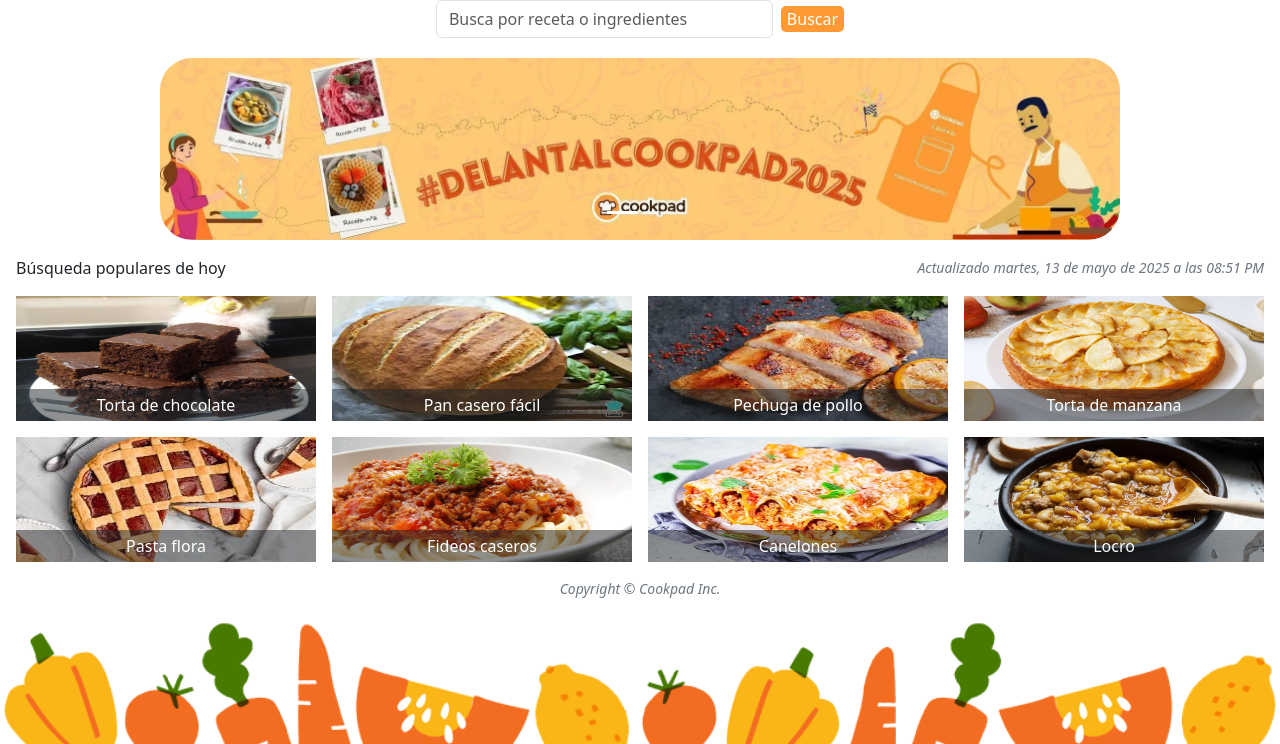
Repository: lucasp3113/coockpad
Page: index.html
The author's editor kept a copy of each file at every save. The page is drawn from the files as they stood at one save, then again after the next save.
The browser window is 1280 px wide. The pictures show the part of the page from y = 336 to 1102 px (the page is 1080 px tall before and 1102 px after).
A picture or video elsewhere on the page could not be fetched, so the positions and the page height are approximate.

Above is the page before, as saved 2025-05-15 14:11:23.

### index.html
<!DOCTYPE html>
<html lang="es">
<head>
    <meta charset="UTF-8" />
    <meta name="viewport" content="width=device-width, initial-scale=1.0" />
    <title>cookpad</title>
    <link href="https://cdn.jsdelivr.net/npm/bootstrap@5.3.6/dist/css/bootstrap.min.css" rel="stylesheet" integrity="sha384-4Q6Gf2aSP4eDXB8Miphtr37CMZZQ5oXLH2yaXMJ2w8e2ZtHTl7GptT4jmndRuHDT" crossorigin="anonymous">
    <script src="https://cdn.jsdelivr.net/npm/bootstrap@5.3.6/dist/js/bootstrap.bundle.min.js" integrity="sha384-j1CDi7MgGQ12Z7Qab0qlWQ/Qqz24Gc6BM0thvEMVjHnfYGF0rmFCozFSxQBxwHKO" crossorigin="anonymous"></script>
    <link rel="stylesheet" href="https://cdn.jsdelivr.net/npm/bootstrap-icons@1.11.1/font/bootstrap-icons.css">
    <link rel="stylesheet" href="style.css"/>
</head>
<body>
    <header class="d-flex flex-row d-flex justify-content-center d-flex align-items-center m-3">
        <img src="logo_coockpad.png" alt="" />
        <h1>cookpad</h1>
    </header>
    <nav class="d-flex flex-row d-flex justify-content-center d-flex align-items-center m-3">
        <input type="text" class="form-control m-1 w-27" placeholder="Busca por receta o ingredientes"/>
        <button type="submit" class="btn-orange m-1 text-white">Buscar</button>
    </nav>
    <main>
        <section class="w-75 mx-auto">
            <div id="carouselExampleIndicators" class="carousel slide">
                <div class="carousel-indicators">
                    <button type="button" data-bs-target="#carouselExampleIndicators" data-bs-slide-to="0" class="active" aria-current="true" aria-label="Slide 1"></button>
                    <button type="button" data-bs-target="#carouselExampleIndicators" data-bs-slide-to="1" aria-label="Slide 2"></button>
                </div>
                <div class="carousel-inner">
                    <div class="carousel-item active">
                        <img class="d-block w-100 rounded-5" src="banner1.webp" alt="First slide">
                    </div>
                    <div class="carousel-item ">
                        <img class="d-block w-100 rounded-5" src="banner2.webp" alt="Second slide">
                    </div>
                </div>
                <button class="carousel-control-prev" type="button" data-bs-target="#carouselExampleIndicators" data-bs-slide="prev">
                    <span class="carousel-control-prev-icon" aria-hidden="true"></span>
                    <span class="visually-hidden">Previous</span>
                </button>
                <button class="carousel-control-next" type="button" data-bs-target="#carouselExampleIndicators" data-bs-slide="next">
                    <span class="carousel-control-next-icon" aria-hidden="true"></span>
                    <span class="visually-hidden">Next</span>
                </button>
            </div>
        </section>
        <article class="d-flex justify-content-between align-items-center">
            <p class="m-3">Búsqueda populares de hoy</p>
            <p class="text-secondary small fst-italic m-3">Actualizado martes, 13 de mayo de 2025 a las 08:51  PM</p>
        </article>
        <section class="d-flex flex-column">
            <section class="d-flex justify-content-between h-125 w-100">
                <div class="w-25 me-3 ms-3 position-relative">
                    <img class="w-100 h-100" src="torta-rapida-de-chocolate-foto-principal.png" alt="" />
                    <p class="position-absolute bottom-0 w-100 text-center bg-dark bg-opacity-50 text-white m-0 p-1">Torta de chocolate</p>
                </div>
                <div class="w-25 me-3 position-relative">
                    <img class="w-100 h-100" src="pan.png" alt="" />
                    <p class="position-absolute bottom-0 w-100 text-center bg-dark bg-opacity-50 text-white m-0 p-1">Pan casero fácil</p>
                </div>
                <div class="w-25 me-3 position-relative">
                    <img class="w-100 h-100" src="pechuga.png" alt="" />
                    <p class="position-absolute bottom-0 w-100 text-center bg-dark bg-opacity-50 text-white m-0 p-1">Pechuga de pollo</p>
                </div>
                <div class="w-25 me-3 position-relative">
                    <img class="w-100 h-100" src="tarta-de-manzana.png" alt="" />
                    <p class="position-absolute bottom-0 w-100 text-center bg-dark bg-opacity-50 text-white m-0 p-1">Torta de manzana</p>
                </div>
            </section>
            <section class="d-flex justify-content-between h-125 w-100 mt-3">
                <div class="w-25 me-3 ms-3 position-relative">
                    <img class="w-100 h-100" src="pastaflora.png" alt="" />
                    <p class="position-absolute bottom-0 w-100 text-center bg-dark bg-opacity-50 text-white m-0 p-1">Pasta flora</p>
                </div>
                <div class="w-25 me-3 position-relative">
                    <img class="w-100 h-100" src="fideos.jpg" alt="" />
                    <p class="position-absolute bottom-0 w-100 text-center bg-dark bg-opacity-50 text-white m-0 p-1">Fideos caseros</p>
                </div>
                <div class="w-25 me-3 position-relative">
                    <img class="w-100 h-100" src="canelones.png" alt="" />
                    <p class="position-absolute bottom-0 w-100 text-center bg-dark bg-opacity-50 text-white m-0 p-1">Canelones</p>
                </div>
                <div class="w-25 me-3 position-relative">
                    <img class="w-100 h-100" src="locro.png" alt="" />
                    <p class="position-absolute bottom-0 w-100 text-center bg-dark bg-opacity-50 text-white m-0 p-1">Locro</p>
                </div>
            </section>
        </section>
    </main>
    <footer class="d-flex flex-column">
        <div class="d-flex align-items-center justify-content-center">
            <p class="text-secondary small fst-italic m-3">Copyright © Cookpad Inc.</p>
        </div>
        <img src="footer.png" alt="" />
    </footer>
</body>
</html>

### style.css
.btn-orange{
    background-color: rgb(255, 153, 51);
    border-radius: 5px;
    border: none;
    height: 40;
}

.w-27{
    width: 27%;
}

.bg-violet{
    background-color: violet;
}

.h-125{
    height: 125px;
}

After the next save:
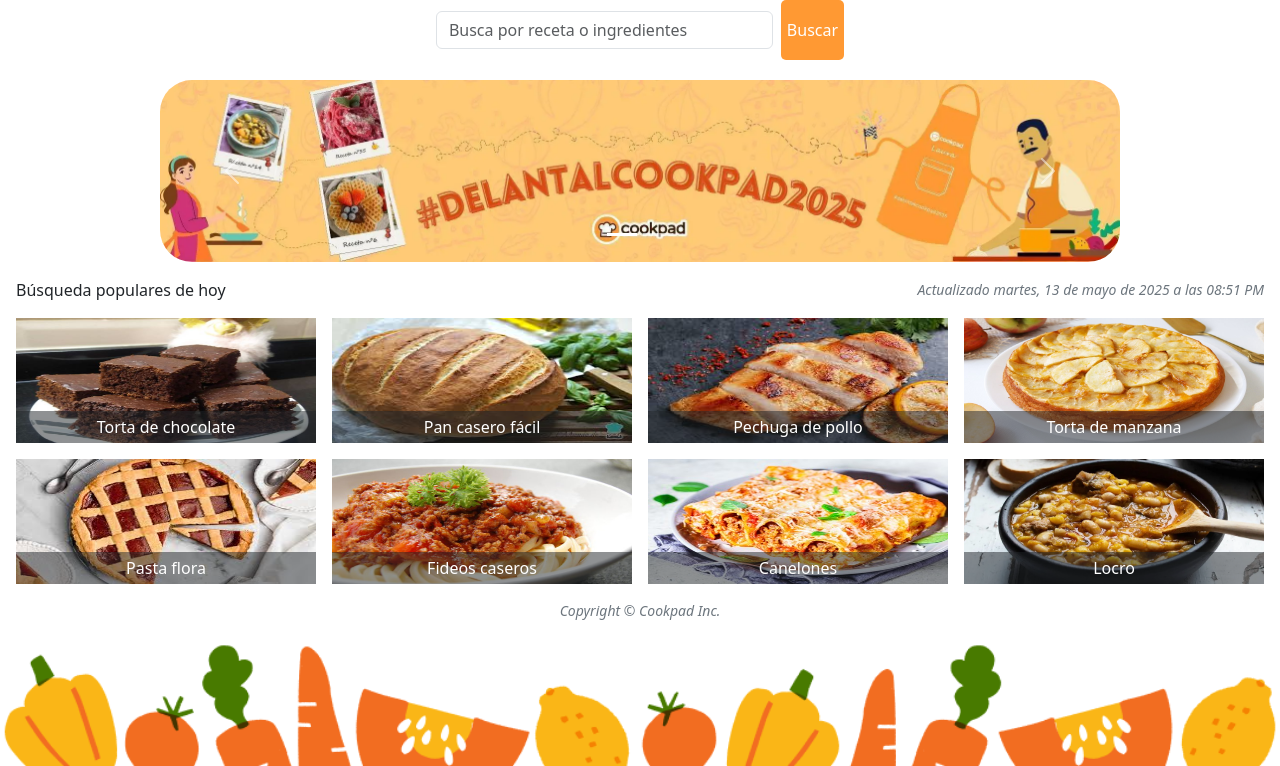
Saved 5 s later.
--- a/style.css
+++ b/style.css
@@ -2,7 +2,7 @@
     background-color: rgb(255, 153, 51);
     border-radius: 5px;
     border: none;
-    height: 40;
+    height: 60px;
 }
 
 .w-27{
